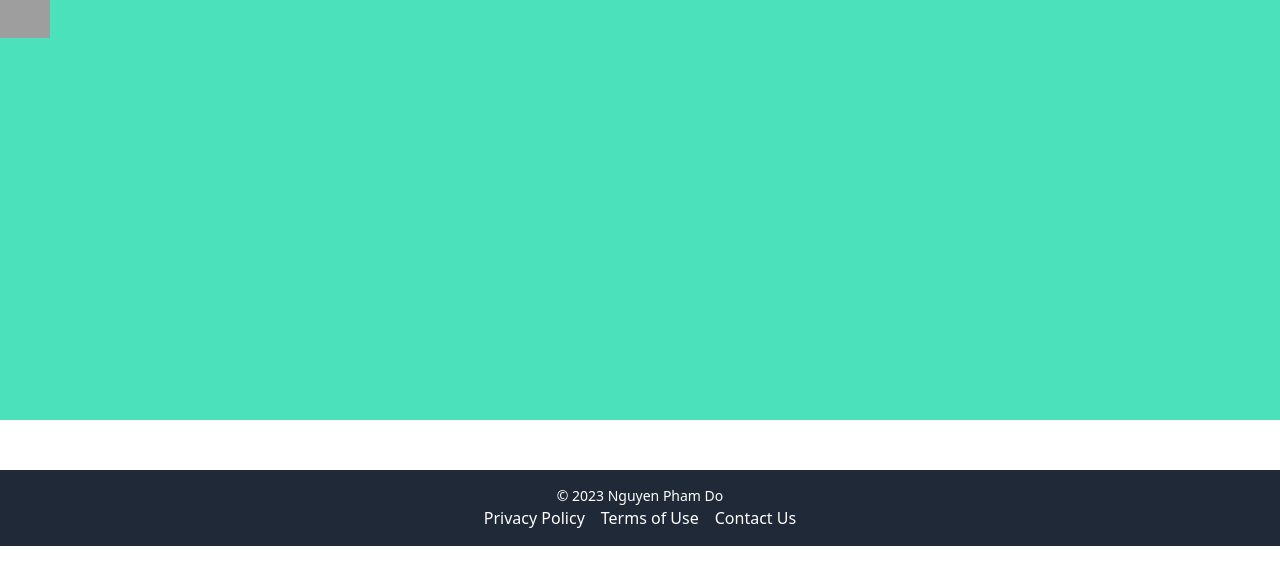
Repository: NPham1402/Web-user-callSpamBlocker
Page: /detail
An editor plug-in stored every save of this project. The page is shown before and after the next save, followed by the edit.
The browser window is 1280 px wide. The pictures show the whole page.
Pictures or frames that could not be fetched are drawn as grey boxes. The project was rebuilt for these pictures with package versions that can differ from the ones it lists, and the page was loaded fresh each time. The framework's server and built-in components were replaced by stand-ins that run in the browser. Also part of the build but not shown: next.config.js.

Above is the page before, as saved 2023-02-09 20:25:49.

After the next save:
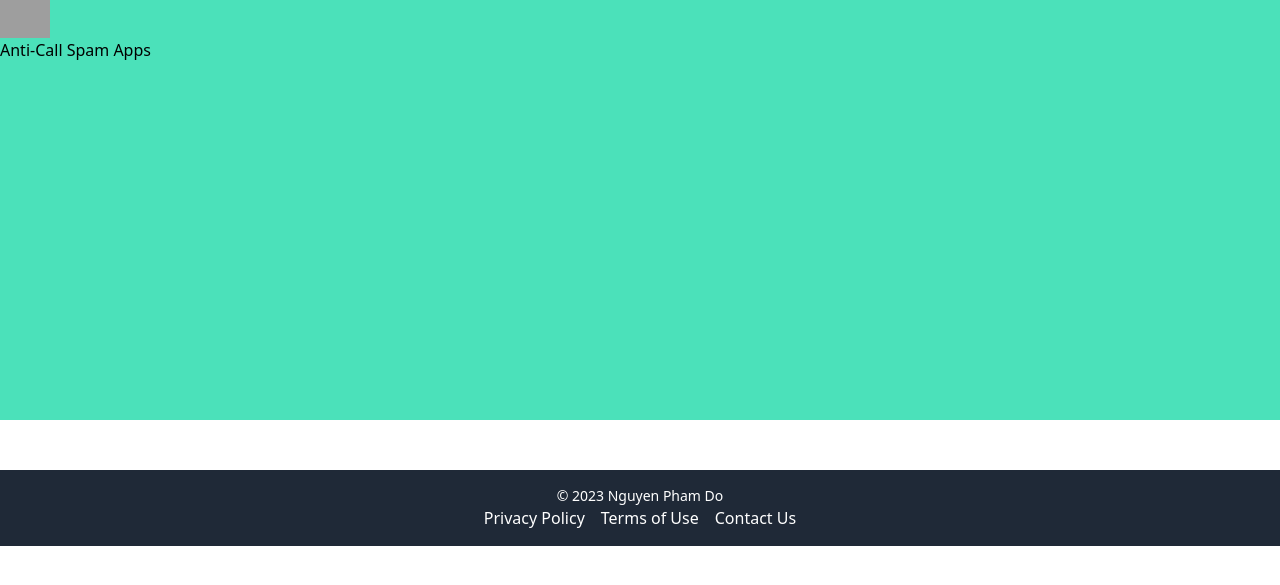
Saved 61 s later.
--- a/pages/detail.js
+++ b/pages/detail.js
@@ -22,6 +22,7 @@ function detail() {
             src="https://static.callblocker.org/img/logo.png"
             className=" w-[50px]"
           />
+          Anti-Call Spam Apps
         </div>
       </main>
       <footer class="bg-gray-800 mt-[50px] text-white py-4">
